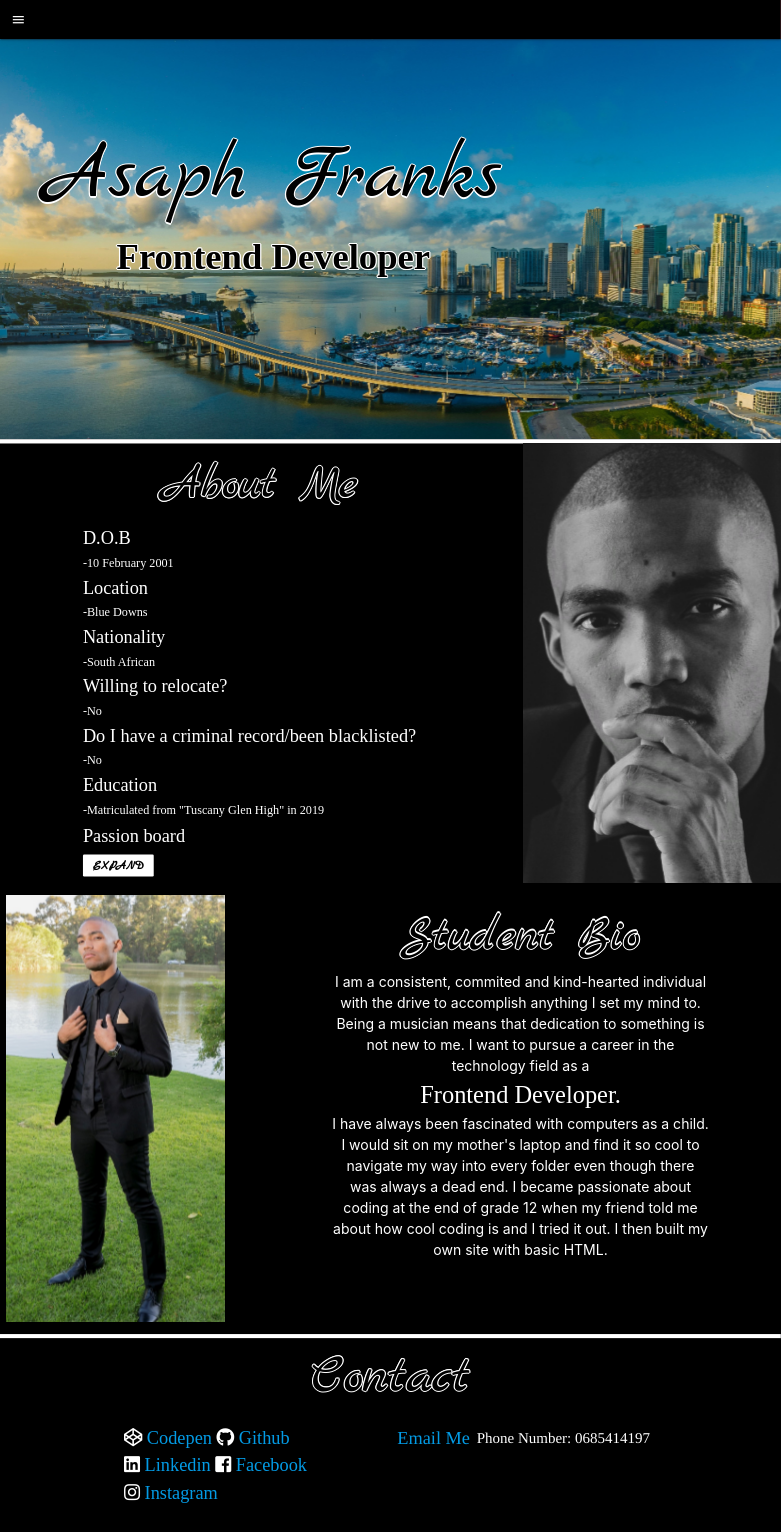
Repository: Ajtheult/portfolio.v3
Page: /portfolio-v3
An editor plug-in stored every save of this project. The page is shown before and after the next save, followed by the edit.
The browser window is 1280 px wide. The pictures show the whole page, at 61% of full size.
Some web fonts or font styles are not loaded; a fallback is used. The project was rebuilt for these pictures with package versions that can differ from the ones it lists, and the page was loaded fresh each time. Also part of the build but not shown: src/components/layout/pages/Skills.js, src/components/layout/pages/MyWork.js, src/components/layout/pages/Testimonials.js.

Above is the page before, as saved 2020-08-11 14:29:38.

### public/index.html
<!DOCTYPE html>
<html lang="en">
  <head>
    <meta charset="utf-8" />
    <link rel="icon" href="%PUBLIC_URL%/favicon.ico" />
    <meta name="viewport" content="width=device-width, initial-scale=1" />
    <meta name="theme-color" content="#000000" />
    <meta
      name="description"
      content="Web site created using create-react-app"
    />

    <link rel="manifest" href="%PUBLIC_URL%/manifest.json" />
    <link
      href="https://fonts.googleapis.com/css2?family=Marck+Script&display=swap"
      rel="stylesheet"
    />
    <link
      href="https://fonts.googleapis.com/css2?family=Gruppo&display=swap"
      rel="stylesheet"
    />
    <link rel="manifest" href="%PUBLIC_URL%/manifest.json" />

    <link
      rel="stylesheet"
      href="https://fonts.googleapis.com/icon?family=Material+Icons"
    />

    <link
      rel="stylesheet"
      href="https://use.fontawesome.com/releases/v5.7.2/css/all.css"
      integrity="sha384-fnmOCqbTlWIlj8LyTjo7mOUStjsKC4pOpQbqyi7RrhN7udi9RwhKkMHpvLbHG9Sr"
      crossorigin="anonymous"
    />
    <title>Asaph Franks portfolio</title>
  </head>
  <body>
    <noscript>You need to enable JavaScript to run this app.</noscript>
    <div id="root"></div>
  </body>
</html>

### src/index.js
import React from "react";
import ReactDOM from "react-dom";
import App from "./App";
import "materialize-css/dist/css/materialize.min.css";

ReactDOM.render(
  <React.StrictMode>
    <App />
  </React.StrictMode>,
  document.getElementById("root")
);

### src/App.js
import React from "react";

import { Home } from "./components/layout/pages/Home";
import { Skills } from "./components/layout/pages/Skills";
import { MyWork } from "./components/layout/pages/MyWork";
import { Testimonials } from "./components/layout/pages/Testimonials";
import Navbar from "./components/layout/navbar/Navbar";

import { BrowserRouter as Router, Route, Switch } from "react-router-dom";
import "./App.css";

function App() {
  return (
    <Router>
      <div className="App">
        <Navbar />

        <Switch>
          <Route exact path="/portfolio-v3" component={Home} />
          <Route path="/skills" component={Skills} />
          <Route path="/mywork" component={MyWork} />
          <Route path="/testimonials" component={Testimonials} />
        </Switch>
      </div>
    </Router>
  );
}

export default App;

### src/components/layout/pages/Home.js
import React from "react";
import background1 from "../resources/background1.jpg";
import me from "../resources/me.jpeg";
import me2 from "../resources/me2.jpg";
import M from "materialize-css";
import "../../../App.css";
import { Parallax } from "react-parallax";

export const Home = () => {
  document.addEventListener("DOMContentLoaded", function () {
    var elems = document.querySelectorAll(".modal");
    // eslint-disable-next-line
    var instances = M.Modal.init(elems, {});
  });

  return (
    <div className="colour_of_about_text">
      <Parallax bgImage={background1} strength={400}>
        <div style={{ height: 720 }}>
          <div className="style_for_landingpage">
            <h1 className="intro_name_top">Asaph Franks</h1>
            <h4 className="intro_name_bottom">Frontend Developer</h4>
          </div>
        </div>
      </Parallax>
      <div style={{ height: "1vh" }} className="white move_the_con" />
      <div className="row">
        <div className="col s8">
          {" "}
          {/* Information on About page-Start */}
          <div className="container">
            <h1 className="about-title" id="about">
              About Me
            </h1>

            <h5 className="my_info">D.O.B</h5>
            <p className="my_info_2">-10 February 2001</p>
            <h5 className="my_info"> Location </h5>
            <p className="my_info_2">-Blue Downs</p>
            <h5 className="my_info">Nationality</h5>
            <p className="my_info_2">-South African</p>
            <h5 className="my_info">Willing to relocate?</h5>
            <p className="my_info_2">-No</p>
            <h5 className="my_info">
              Do I have a criminal record/been blacklisted?
            </h5>
            <p className="my_info_2">-No</p>
            <h5 className="my_info">Education</h5>
            <p className="my_info_2">
              -Matriculated from "Tuscany Glen High" in 2019
            </p>
            <h4 className="my_info">Passion board</h4>
            <div className="my_info_3">
              <a
                className="waves-effect waves-light btn modal-trigger white"
                href="#modal1"
              >
                <p className="black_text margin_on_top">Expand</p>
              </a>
              <div id="modal1" className="modal bottom-sheet">
                <div className="modal-content">
                  <h4 className="black_text passion_heading">Passion Board</h4>
                  <div className="black_text">
                    {" "}
                    <h4 className="passion_content">-Music</h4>
                    <h4 className="passion_content">-Playing Video games</h4>
                    <h4 className="passion_content">-Playing Table Tennis</h4>
                    <h4 className="passion_content">-Watching anime</h4>
                    <h4 className="passion_content">-Drawing</h4>
                  </div>
                </div>
              </div>
            </div>
          </div>
          {/* Information on About page-Start */}
        </div>
        <div>
          <Parallax
            bgImage={me}
            strength={700}
            style={{ width: "33%" }}
            className="right"
          >
            <div style={{ height: "100vh" }}></div>
          </Parallax>
        </div>
      </div>

      <div className="row">
        <div className="col s5">
          <Parallax bgImage={me2} strength={150} style={{ width: "70%" }}>
            <div style={{ height: 700 }}>
              <div className="intro_name style_for_landingpage"></div>
            </div>
          </Parallax>
        </div>

        <div className="col s7 about_container" style={{ width: "50%" }}>
          <h6 className="about-title center">Student Bio</h6>
          <p className="student_bio ">
            I am a consistent, commited and kind-hearted individual with the
            drive to accomplish anything I set my mind to. Being a musician
            means that dedication to something is not new to me. I want to
            pursue a career in the technology field as a <br />
            <strong className="big_frontend">
              Frontend Developer.
            </strong> <br /> I have always been fascinated with computers as a
            child. I would sit on my mother's laptop and find it so cool to
            navigate my way into every folder even though there was always a
            dead end. I became passionate about coding at the end of grade 12
            when my friend told me about how cool coding is and I tried it out.
            I then built my own site with basic HTML.
          </p>
        </div>
      </div>
      {/* Contact section */}
      <div style={{ height: "1vh" }} className="white move_the_con" />
      <footer style={{ fontFamily: "Times" }} className="page-footer black">
        <div className="container" id="contact">
          <div className="row">
            <h1 className="contact-title">Contact</h1>
            <div className="col l6 s12">
              {" "}
              <div className="logos">
                <i className="fab fa-codepen">
                  {" "}
                  <a
                    href="https://codepen.io/ajtheult"
                    rel="noopener noreferrer"
                    target="_blank"
                  >
                    Codepen&nbsp;
                  </a>{" "}
                </i>
                <i className="fab fa-github">
                  {" "}
                  <a
                    href="https://github.com/Ajtheult"
                    rel="noopener noreferrer"
                    target="_blank"
                  >
                    Github&nbsp;
                  </a>{" "}
                </i>
                <i className="fab fa-linkedin">
                  {" "}
                  <a
                    href="https://www.linkedin.com/in/asaph-franks-307a231a5/"
                    rel="noopener noreferrer"
                    target="_blank"
                  >
                    Linkedin&nbsp;
                  </a>{" "}
                </i>
                <i className="fab fa-facebook-square">
                  {" "}
                  <a
                    href="https://www.facebook.com/asaph.franks.7/"
                    rel="noopener noreferrer"
                    target="_blank"
                  >
                    Facebook&nbsp;
                  </a>{" "}
                </i>
                <i className="fab fa-instagram">
                  {" "}
                  <a
                    href="https://www.instagram.com/aj_the_ultimate/?fbclid=IwAR1maxejej29IRwM2tTQavtbmTC9TFLbAwZoi52WwiJhzLvcEucPXSZHX2o"
                    rel="noopener noreferrer"
                    target="_blank"
                  >
                    Instagram&nbsp;
                  </a>{" "}
                </i>
              </div>
            </div>
            <div className="col l6 s12" style={{ marginTop: "-10px" }}>
              <a
                className="left size_of_email"
                href="mailto:asaphfranksboi@gmail.com"
                rel="noopener noreferrer"
                target="_blank"
              >
                Email Me
              </a>

              <h5 className="move_num_down">Phone Number: 0685414197</h5>
            </div>
            {/* Contact details and icons */}
          </div>
        </div>
      </footer>
    </div>
  );
};

### src/components/layout/navbar/Navbar.js
/* eslint-disable no-unused-vars */
import React, { Component } from "react";
import M from "materialize-css/dist/js/materialize.min.js";
import me from "./me.jpg";
import music from "./music.jpg";
import "../../../App.css";
import { Link } from "react-router-dom";

export class Navbar extends Component {
  componentDidMount() {
    document.addEventListener("DOMContentLoaded", function () {
      var elems = document.querySelectorAll(".sidenav");
      var instances = M.Sidenav.init(elems, {});
    });
  }

  render() {
    return (
      <div>
        <nav className="navbar">
          <div className="nav-wrapper colour">
            <a
              href="#home"
              data-target="slide-out"
              className="sidenav-trigger show-on-large"
            >
              <i className="material-icons">menu</i>
            </a>
          </div>
        </nav>

        <ul id="slide-out" className="sidenav sidenav-close">
          <li>
            <div className="user-view">
              <div className="background">
                <img className="background_img" src={music} alt="img" />
              </div>

              <img className="circle" src={me} alt="img of me" />

              <span className="black-text name move_me">Asaph Franks</span>

              <span className="black-text email  move_me">
                Asaphfranksboi@gmail.com
              </span>
            </div>
            {/* Change font so that the name can be better read */}
          </li>
          <Link to="/portfolio-v3">
            <br />
            <li className="colour_of_nav">Home</li>
          </Link>{" "}
          <br />
          <Link to="/skills">
            <li className="colour_of_nav">Skills</li>
          </Link>
          <br />
          <Link to="/mywork">
            <li className="colour_of_nav">Work</li>
          </Link>
          <br />
          <Link to="/testimonials">
            <li className="colour_of_nav">Testimonials</li>
          </Link>
        </ul>
      </div>
    );
  }
}

export default Navbar;

### src/App.css
.App {
  text-align: center;
}

body {
  background-color: black;
  color: white;
}
.background_img {
  width: 100%;
  height: 100%;
}

.move_me {
  text-align: left;
}

.colour {
  background-color: black;
}

img.bg {
  min-height: 100%;
  min-width: 1024px;
  width: 100%;
  height: auto;
  position: fixed;
  top: 0;
  left: 0;
  z-index: -1;
}

div.admin-bg {
  position: fixed;
  top: 0;
  left: 0;
  z-index: -1;
  background-color: black;
}

@media screen and (max-width: 1024px) {
  img.bg {
    left: 50%;
    margin-left: -512px;
  }
}

.intro_name_top {
  font-family: "Marck Script", cursive;
  font-size: 130px;
  color: black;
  text-shadow: 2px 0 0 #fff, -2px 0 0 #fff, 0 2px 0 #fff, 0 -2px 0 #fff,
    1px 1px #fff, -1px -1px 0 #fff, 1px -1px 0 #fff, -1px 1px 0 #fff;
}

.intro_name_bottom {
  font-size: 60px;
  color: #000000;
  font-weight: bold;
  text-shadow: 2px 0 0 #fff, -2px 0 0 #fff, 0 2px 0 #fff, 0 -2px 0 #fff,
    1px 1px #fff, -1px -1px 0 #fff, 1px -1px 0 #fff, -1px 1px 0 #fff;
  font-family: "Gruppo", cursive;
}
.testimonial_title {
  font-family: "Marck Script", cursive;
  margin-top: 80px;
  color: black;
  font-size: 80px;
  text-shadow: 2px 0 0 #fff, -2px 0 0 #fff, 0 2px 0 #fff, 0 -2px 0 #fff,
    1px 1px #fff, -1px -1px 0 #fff, 1px -1px 0 #fff, -1px 1px 0 #fff;
}

.logos {
  text-align: left;
  font-size: 30px;
}

.contact-title {
  margin-top: -5px;
  font-family: "Marck Script", cursive;
  font-size: 90px;
  color: black;
  text-shadow: 2px 0 0 #fff, -2px 0 0 #fff, 0 2px 0 #fff, 0 -2px 0 #fff,
    1px 1px #fff, -1px -1px 0 #fff, 1px -1px 0 #fff, -1px 1px 0 #fff;
}

.about-title {
  margin-top: 25px;
  font-family: "Marck Script", cursive;
  font-size: 80px;
  color: black;
  text-shadow: 2px 0 0 #fff, -2px 0 0 #fff, 0 2px 0 #fff, 0 -2px 0 #fff,
    1px 1px #fff, -1px -1px 0 #fff, 1px -1px 0 #fff, -1px 1px 0 #fff;
}

.student_bio {
  margin-top: 2%;
  font-size: 23px;
}

.big_frontend {
  font-size: 40px;
  font-family: "Gruppo", cursive;
}

.move_the_name {
  margin-top: -12px;
  font-size: 20px;
  font-weight: bold;
}

.enlarge_paragraph {
  font-size: 22px;
  font-family: "Times New Roman", Times, serif;
}

.my_info {
  font-size: 30px;
  text-align: left;
  font-family: "Gruppo", cursive;
}

.my_info_2 {
  font-size: 20px;
  text-align: left;
  line-height: 8px;
  font-family: "Times New Roman", Times, serif;
}

.my_info_3 {
  font-size: 25px;
  text-align: left;
  line-height: 8px;
  font-family: "Times New Roman", Times, serif;
}

.black_text {
  color: black;
}

.passion_heading {
  text-align: center;
  font-family: "Marck Script", cursive;
  font-size: 45px;
}

.passion_content {
  font-family: "Gruppo", cursive;
  font-weight: bold;
  line-height: 25px;
}

.margin_on_top {
  margin-top: 1px;
  font-size: 20px;
  font-family: "Marck Script", cursive;
  font-weight: bold;
}

.my_work_desc {
  font-size: 20px;
  font-family: "Times New Roman", Times, serif;
}

.my_work_title {
  font-family: "Gruppo", cursive;
  color: black;
  font-size: 30px;
}

.link-size {
  font-size: 40px;
  margin-top: -40px;
  padding: 1%;
  text-align: left;
  margin-left: 60px;
  font-family: "Gruppo", cursive;
  color: blue;
}

.button_margin {
  margin-top: 5px;
}

.work_title {
  font-family: "Marck Script", cursive;
  color: black;
  font-size: 50px;
  text-shadow: 2px 0 0 #fff, -2px 0 0 #fff, 0 2px 0 #fff, 0 -2px 0 #fff,
    1px 1px #fff, -1px -1px 0 #fff, 1px -1px 0 #fff, -1px 1px 0 #fff;
}

.colour_of_nav {
  color: black;
  margin-top: -30px;
}

.style_for_landingpage {
  margin-top: 10%;
  position: absolute;
  padding: 50px;
  width: 70%;
  transform: "translate(-50%, -50%)";
}

.skills_li {
  position: relative;
  list-style: none;
  margin: 50px 0;
  font-weight: 500;
  text-transform: uppercase;
}

.skills_li:before {
  content: "";
  position: absolute;
  top: calc(100% + 10px);
  left: 0;
  width: 100%;
  height: 15px;
  background-color: rgba(54, 126, 223, 0.5);
  border-radius: 1000px;
}

.skills_li:after {
  content: "";
  position: absolute;
  top: calc(100% + 10px);
  left: 0;
  width: 0;
  height: 15px;
  background-color: rgba(54, 126, 223, 1);
  border-radius: 1000px;
  animation-duration: 0.7s;
  animation-timing-function: ease;
  animation-fill-mode: forwards;
}

.html:after {
  animation-name: html;
}

@keyframes html {
  to {
    width: 80%;
  }
}

.css:after {
  animation-name: css;
}

@keyframes css {
  to {
    width: 63%;
  }
}

.js:after {
  animation-name: js;
}

@keyframes js {
  to {
    width: 35%;
  }
}

.py:after {
  animation-name: py;
}

@keyframes py {
  to {
    width: 35%;
  }
}

.sql:after {
  animation-name: sql;
}

@keyframes sql {
  to {
    width: 28%;
  }
}

.react:after {
  animation-name: react;
}

@keyframes react {
  to {
    width: 53%;
  }
}

.skills_text {
  font-family: "Marck Script", cursive;
  color: black;
  font-size: 30px;
  text-shadow: 1px 0 0 #fff, -2px 0 0 #fff, 0 2px 0 #fff, 0 -2px 0 #fff,
    1px 1px #fff, -1px -1px 0 #fff, 1px -1px 0 #fff, -1px 1px 0 #fff;
  margin-top: -20px;
}

.skills_heading {
  font-family: "Marck Script", cursive;
  color: black;
  font-size: 60px;
  text-shadow: 1px 0 0 #fff, -2px 0 0 #fff, 0 2px 0 #fff, 0 -2px 0 #fff,
    1px 1px #fff, -1px -1px 0 #fff, 1px -1px 0 #fff, -1px 1px 0 #fff;
  margin-top: 20px;
}

.container_properties {
  width: 55%;
  margin: 50px auto 0;
  padding: 20px;
  line-height: 55px;
}

.decrease_container_size {
  width: 60%;
}
.size_of_email {
  font-size: 30px;
  margin-top: 10px;
}

.move_num_down {
  margin-top: 20px;
}

.move_github_button {
  margin-left: -50px;
}

.navbar {
  position: fixed;
  top: 0;
  width: 100%;
  z-index: 2;
}

After the next save:
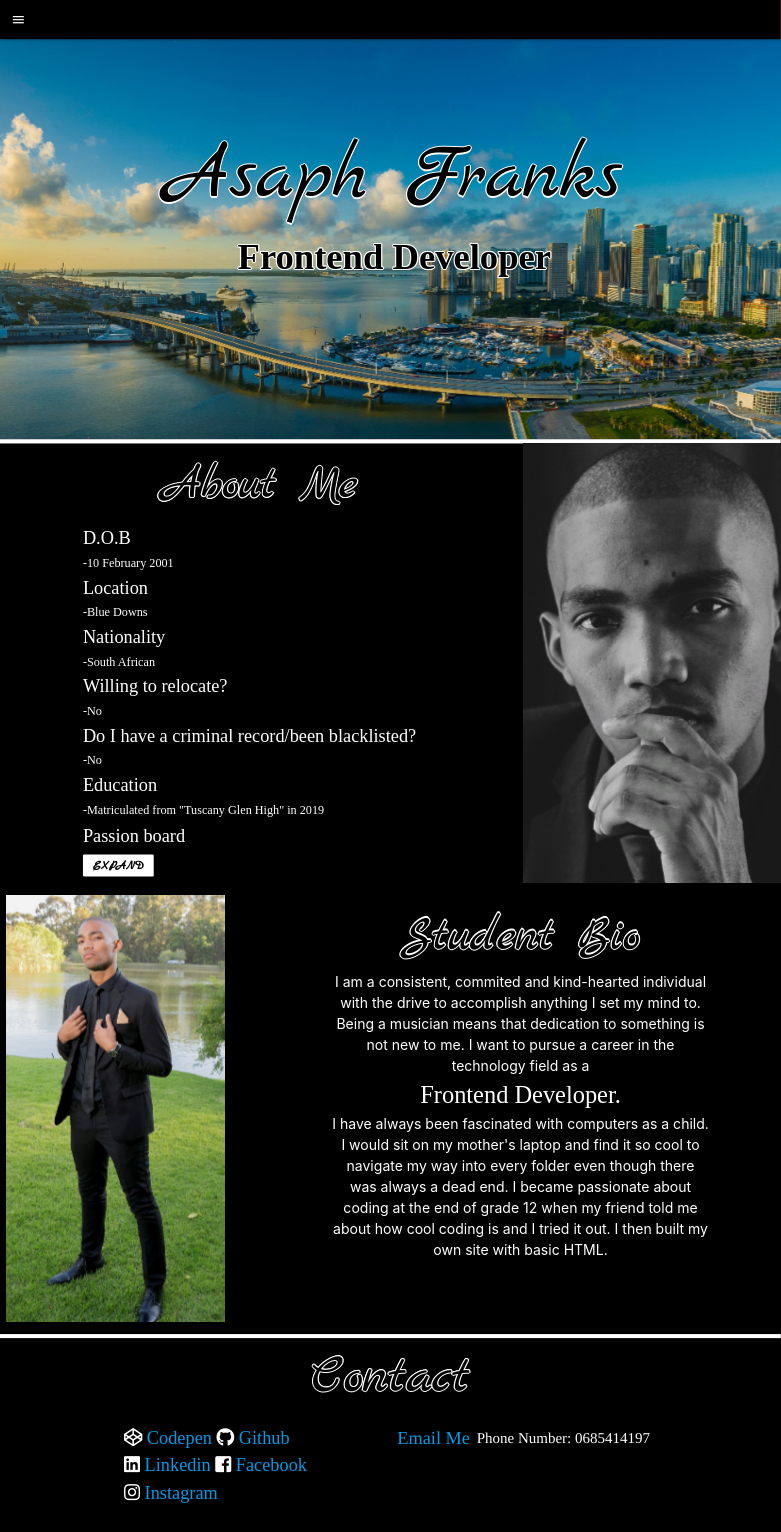
Saved 11 s later.
--- a/src/App.css
+++ b/src/App.css
@@ -51,6 +51,7 @@ div.admin-bg {
   color: black;
   text-shadow: 2px 0 0 #fff, -2px 0 0 #fff, 0 2px 0 #fff, 0 -2px 0 #fff,
     1px 1px #fff, -1px -1px 0 #fff, 1px -1px 0 #fff, -1px 1px 0 #fff;
+  text-align: center;
 }
 
 .intro_name_bottom {
@@ -196,6 +197,7 @@ div.admin-bg {
 }
 
 .style_for_landingpage {
+  margin-left: 15.5%;
   margin-top: 10%;
   position: absolute;
   padding: 50px;
